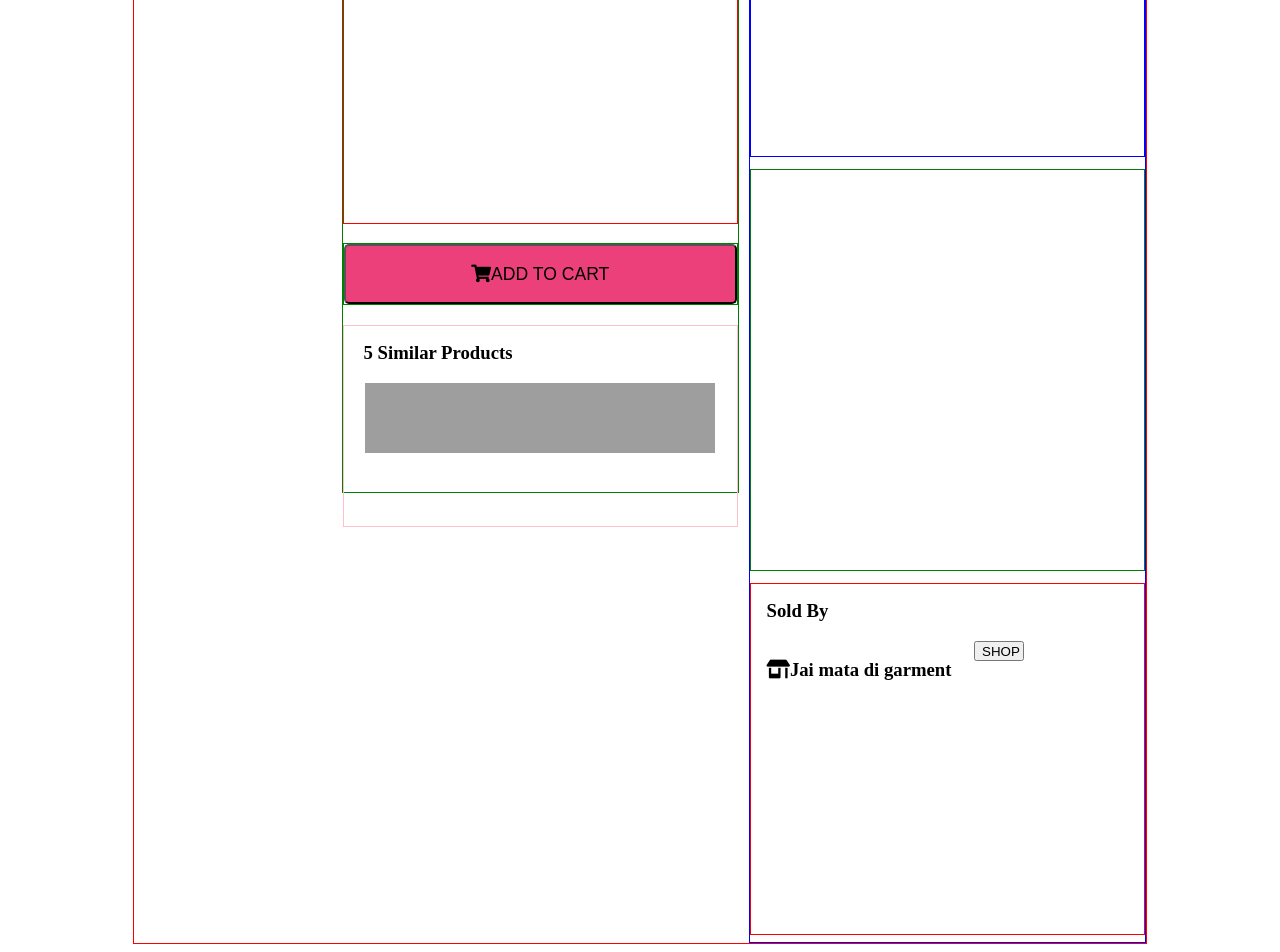
Repository: deepakxxxx/meesho
Page: catelog.html
An editor plug-in stored every save of this project. The page is shown before and after the next save, followed by the edit.
The browser window is 1280 px wide. The pictures show the part of the page from y = 419 to 1371 px (the page is 1371 px tall).
Pictures or frames that could not be fetched are drawn as grey boxes. A picture or video elsewhere on the page could not be fetched, so the positions and the page height are approximate.

Above is the page before, as saved 2021-11-06 17:44:22.

### catelog.html
<!DOCTYPE html>
<html lang="en">
<head>
    <meta charset="UTF-8">
    <meta http-equiv="X-UA-Compatible" content="IE=edge">
    <meta name="viewport" content="width=device-width, initial-scale=1.0">
    <link rel="stylesheet" href="https://use.fontawesome.com/releases/v5.15.4/css/all.css" integrity="sha384-DyZ88mC6Up2uqS4h/KRgHuoeGwBcD4Ng9SiP4dIRy0EXTlnuz47vAwmeGwVChigm" crossorigin="anonymous">
    <title>Document</title>
</head>
<style>
      #main{
        width: 100%;
        height: 136px;
        border: 1px solid white;
        margin: auto;
        /* position: fixed; */
    }
    #top{
        width: 100%;
        height: 70px;
        /* border: 1px solid red; */
        display: flex;

    }
    #left{
        display: flex;
        width: 55%;
    }
    #meesho{
      text-decoration: none;
      font-size: 50px;
      color: #F06292;
      font-weight: bold;
      margin-left: 25%;
      margin-top: 1%;
      /* margin-right: 0px; */
    }
    #search{
        /* margin-left: 30%; */
        height: 60px;
        width: 400px;
        border-radius: 6px;
        margin-top: 1%;
        /* margin-left: 0px; */
        border: 1px solid #BDBDBD;
        font-size: 90%;
        /* margin-right: 60%; */
    }
    #right{
        display: flex;
        list-style-type: none;
        column-gap: 30px;

    }
    #rightmain{
        width: 45%;
        margin-right: 6%;
        /* margin-top: 9px; */
    }
    #app{
        text-decoration: none;
        margin-left: 10px;
        margin-top: 9px;
        font-size: 103%;
        color: black;
    }
    #supp{
        text-decoration: none;
        margin-top: 9px;
        font-size: 103%;
        color: black;
    }
    #profile{
        text-decoration: none;
        font-size: 103%;
        color: black;
    }
    #cart{
        text-decoration: none;
        font-size: 103%;
        color: black;
    }
    #app:hover{
        color: #EC407A;
        text-decoration: underline;
    }
    #profile:hover{
        color: #EC407A;
        text-decoration: underline;
    }
    .line1{
        height: 30px;
    }
    .line2{
        color: #BDBDBD;
    }
    #heading
    {
        width: 73%;
        margin:  5% auto auto auto ;
        display: grid;
        grid-template-columns: 23% 54% 23%;
        padding: 1%;
        position: sticky;
    }
    #topic{
        margin-top:-15px;
        text-align: center;
    }
    #collection{
        display: flex;
        margin-left: 2%;
        list-style-type: none;
        font-size: 105%;
        column-gap: 63px;

    }
    ul > a{
        text-decoration: none;
        color: black;
    }
    ul > a :hover{
        color: #EC407A;
        /* text-decoration: underline; */
    }
    #container{
        width: 80%;
        border: 1px solid red;
        margin: auto;
        display: flex;
        margin-top: 1%;
        column-gap: 1%;
    }
    #smallImg{
        width: 20%;
        /* border: 1px solid blue; */
        height: 300px;
    }
    #bigImg{
        width: 40%;
        border: 1px solid green;
        height: 750px;
    }
    #descr{
        width: 40%;
        border: 1px solid blue;
        height: 1200px;
    }
    .product_sneek_peek{
        width: 70px;
        height: 70px;
        border: 1px solid red;
        margin-left: 69%;
        border-radius: 5px;
    }
    #imgDi{
        width: 99.5%;
        height: 480px;
        border: 1px solid red;
    }
    #addto{
        width: 99.5%;
        height: 60px;
        border: 1px solid green;
        margin-top: 5%;
    }
    #addto > button{
        width: 100%;
        height: 100%;
        background-color: #EC407A;
        font-size: 110%;
        border-radius: 5px;
    }
    #similar{
        width: 99.5%;
        height: 200px;
        border: 1px solid pink;
        margin-top: 5%;
    }
    #deta{
        width: 99.5%;
        height: 200px;
        border: 1px solid red;
    }
    #sizes{
        width: 99.5%;
        height: 200px;
        border: 1px solid blue;
        margin-top: 3%;
    }
    #infor{
        width: 99.5%;
        height: 400px;
        border: 1px solid green;
        margin-top: 3%;
    }
    #deler{
        width: 99.5%;
        height: 350px;
        border: 1px solid red;
        margin-top: 3%;
    }
    #similar > h3{
        margin-left: 5%;
        margin-top: 4%;
    }
    #simimg{
        display: flex;
        justify-content: center;
    }
    #simimg > img{
        width: 70px;
        height: 70px;
    }
    #deler > h3{
        margin-top: 4%;
        margin-left: 4%;
    }
    #sho{
        display: flex;
        margin-left: 4%;
        column-gap: 6%;
    }
    #sho > button{
        width: 50px;
        height: 20px;
    }
</style>
<body>
    <div id="main">

        <div id="top">
            <div id="left">
             <span><a href="" id="meesho"><img src="https://cdn.hevodata.com/customer/logo/8c76f62bd88177a78bb6e2810a244446.png" alt="" rel = "icon" width="40%"></span></a>
             <span><input type="search" id="search" placeholder="Try Saree,Kurti or Search by Product Code"> </span>
            </div>
            <div id="rightmain">
                <ul id="right">
                    <div id="app">
                      <li><a href="" id="app"><i class="fas fa-mobile-alt"></i></a><a href="" id="app">Download App</a></li>

                    </div>
                    <hr class="line1">
                    <div id="supp">
                      <li><a href="" id="supp">Become a Supplier</a></li>

                    </div>
                    <hr class="line1">
                    <div>
                       <a href="" id="profile"><i class="far fa-user"></i></a>
                      <li><a href="" id="profile">Profile</a></li>
                    </div>

                    <hr class="line1">
                    <div>
                      <a href="" id="cart"><i class="fas fa-shopping-cart"></i></a>
                      <li><a href="" id="cart">Cart</a></li></li>
                    </div>

                </ul>
            </div>
        </div>

        <hr class="line2">
        <div id="secondLine">
        <ul id="collection">
            <a href="" class="same"><li>Women Ethnic</li></a>

            <a href="" class="same"><li>Women Western</li></a>

            <a href="" class="same"><li>Jewellery & Accessories</li></a>
            <a href="" class="same"><li>Men</li></a>
            <a href="" class="same"><li>Beauty & Health</li></a>
            <a href="" class="same"><li>Bags & Footwear</li></a>
            <a href="" class="same"><li>Home & Kitchen</li></a>
            <a href="" class="same"><li>Kids</li></a>
            <a href="" class="same"><li>Electronics</li></a>
        </ul>
      </div>
      <hr class="line2">
    </div>

    <div id="container">
        <div id="smallImg">
            <div class="product_sneek_peek">

            </div>
        </div>
        <div id="bigImg">
            <div id="imgDi">

            </div>
            <div id="addto">
                <button><i class="fas fa-shopping-cart"></i>ADD TO CART</button>
            </div>
            <div id="similar">
            <h3>5 Similar Products</h3>
            <div id="simimg">
                <img src="https://images.meesho.com/images/products/59272960/fddtp_512.jpg"/>
                <img src="https://images.meesho.com/images/products/59272964/a4l8y_512.jpg"/>
                <img src="https://images.meesho.com/images/products/59272962/azz7k_512.jpg"/>
                <img src="https://images.meesho.com/images/products/59272963/a5qjv_512.jpg"/>
                <img src="https://images.meesho.com/images/products/59272961/mx9tt_512.jpg"/>
            </div>
            </div>
        </div>
        <div id="descr">
            <div id="deta"></div>
            <div id="sizes"></div>
            <div id="infor"></div>
            <div id="deler">
                <h3>Sold By</h3>
                <div id="sho">
                    <h3><i class="fas fa-store-alt"></i>Jai mata di garment</h3>
                    <button>SHOP</button>
                </div>

            </div>
        </div>
    </div>
</body>
</html>

After the next save:
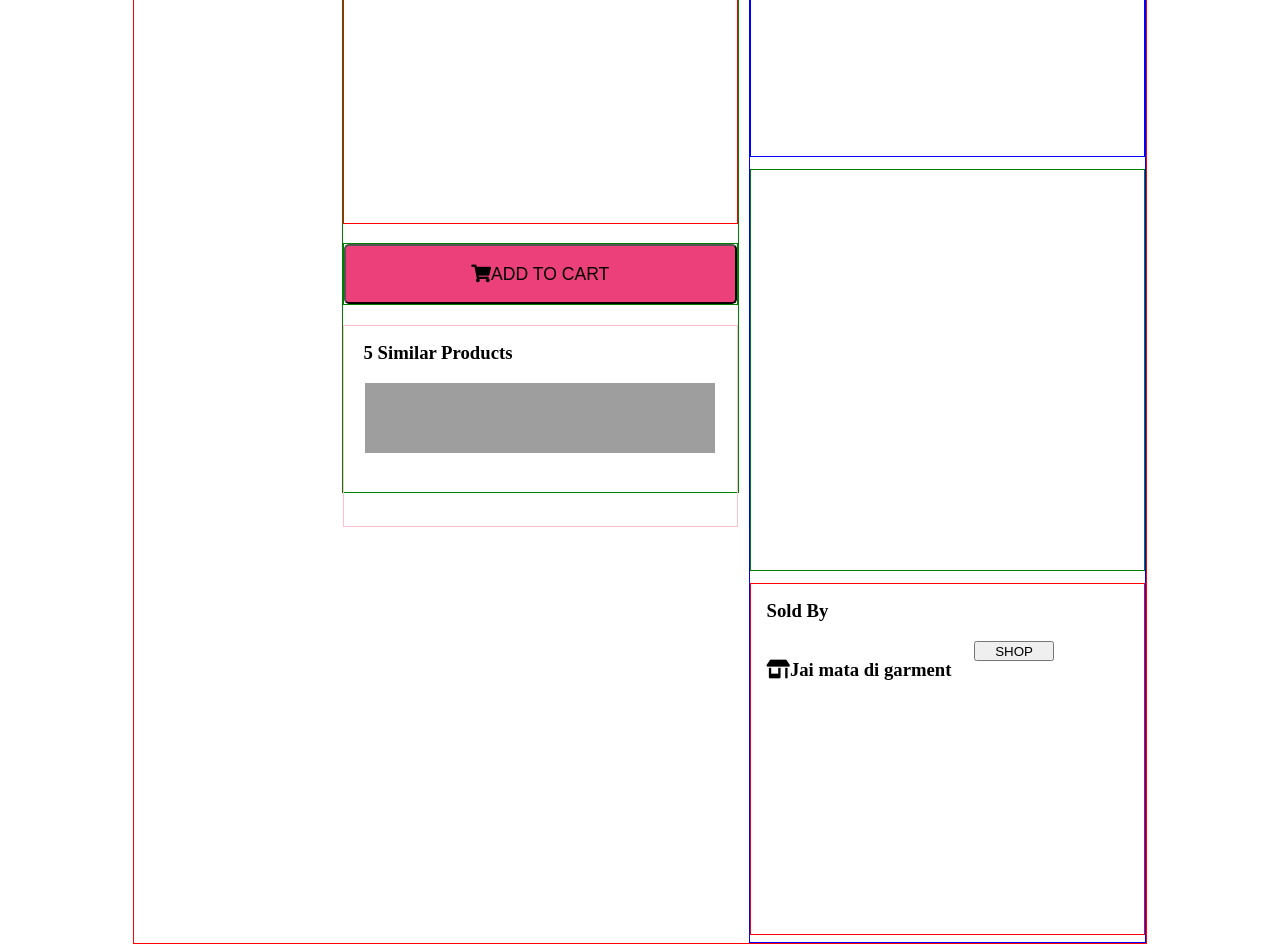
Saved 10 s later.
--- a/catelog.html
+++ b/catelog.html
@@ -222,7 +222,7 @@
         column-gap: 6%;
     }
     #sho > button{
-        width: 50px;
+        width: 80px;
         height: 20px;
     }
 </style>
